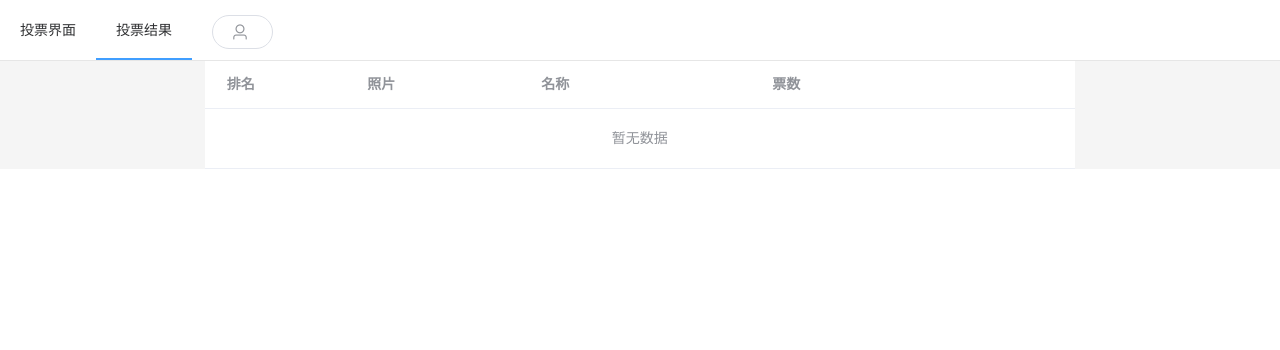
Repository: 280hhh/vote
Page: /#/result
The author's editor kept a copy of each file at every save. The page is drawn from the files as they stood at one save, then again after the next save.
The browser window is 1280 px wide. The pictures show the whole page.
The project was rebuilt for these pictures with package versions that can differ from the ones it lists, and the page was loaded fresh each time. Also part of the build but not shown: src/components/login.vue, src/components/home.vue, src/components/register.vue.

Above is the page before, as saved 2021-06-14 19:50:10.

### src/App.vue
<template>
      <div id="app">
        <!-- 路由占位符 -->
        <div id="nav" v-if="$route.meta.keepAlive">
        <el-menu :default-active="this.$route.path" router class="el-menu-demo" mode="horizontal">
          <el-menu-item v-for="(item,i) in nvaList" :key="i" :index="item.name">
            <template slot="title">
             <span> {{ item.navItem }}</span>
           </template>
          </el-menu-item>
          <el-menu-item>
            <el-dropdown>
              <el-button icon="el-icon-user" size="mini" round></el-button>
              <el-dropdown-menu slot="dropdown">
                <div v-if="loginUser.username!=''">
                  <el-dropdown-item>用户:{{loginUser.username}}</el-dropdown-item>
                  <el-dropdown-item @click.native="logOut">退出</el-dropdown-item>
                </div>
                <div v-else>
                      <router-link to='/login'>
                        <el-dropdown-item>去登陆</el-dropdown-item>
                      </router-link>
                </div>
              </el-dropdown-menu>
            </el-dropdown>
          </el-menu-item>
        </el-menu>
    </div>
    <router-view></router-view>
    </div>
</template>

<script>
export default {
  name:"app",
  data(){
    return{
        loginUser:{
        username:'',
        email:'',
        password:'',
        checkPassword:'',
        phoneNumber:''
      },
      nvaList:[
        {name:'/home',navItem:'投票界面'},
        {name:'/result',navItem:'投票结果'}
      ],
    }
  },
  methods:{
    //点击退出登录时
      logOut(){
        for(var item in this.loginUser){
            this.loginUser[item]='';
        }
        localStorage.loginUser=JSON.stringify(this.loginUser);
      }
  },
  mounted(){
        if(!window.localStorage) this.$message({showClose: true,message: '发生未知错误！',type: 'error'});
        //登录人信息初始化
        if(localStorage.loginUser!=null){
        this.loginUser=JSON.parse(localStorage.loginUser);
        //更新用户组和登陆人的票数和日期
        // this.oldMessage();
        for(var item in this.userGroup){
        }
            localStorage.loginUser=JSON.stringify(this.userGroup[item]);
            localStorage.userGroup=JSON.stringify(this.userGroup);
        }
  }
}

</script>

<style>
body{
  margin: 0;
  padding: 0;
}
</style>

### src/router/index.js
import Vue from 'vue'
import VueRouter from 'vue-router'
import Login from '../components/login.vue'
import '../assets/css/global.css'
import Home from '../components/home.vue'
import Register from '../components/register.vue'
import Result from '../components/result.vue'


Vue.use(VueRouter)

const routes = [
  {path:'/',redirect:'/login',meta:{keepAlive:false}},
  {path:'/login',component:Login,meta:{keepAlive:false}},
  {path:'/home',component:Home,meta:{keepAlive:true}},
  {path:'/register',component:Register,meta:{keepAlive:false}},
  {path:'/result',component:Result,meta:{keepAlive:true}}
]

const router = new VueRouter({
  routes
})

export default router

### src/plugins/element.js
import Vue from 'vue'
import { Button } from 'element-ui'
import {Form,FormItem} from 'element-ui'
import {Input} from 'element-ui'
import {Message} from 'element-ui'
import {Menu} from 'element-ui'
import {MenuItem} from 'element-ui'
import {Submenu} from 'element-ui'
import {Dropdown,DropdownItem,DropdownMenu} from 'element-ui'
import {Dialog} from 'element-ui'
import {Table} from 'element-ui'
import {Progress} from 'element-ui'
import {TableColumn} from 'element-ui'

Vue.use(Button)
Vue.use(Form)
Vue.use(FormItem)
Vue.use(Input)
Vue.prototype.$message=Message
Vue.use(Menu)
Vue.use(MenuItem)
Vue.use(Submenu)
Vue.use(Dropdown)
Vue.use(DropdownItem)
Vue.use(DropdownMenu)
Vue.use(Dialog)
Vue.use(Table)
Vue.use(Progress)
Vue.use(TableColumn)

### src/assets/css/global.css
html,
body,
#app{
  height: 100%;
  margin: 0;
  padding: 0;
}

### src/components/result.vue
<template>
  <div class="result_container">
    <div class="result_box">
      <el-table :data="contestants" stripe style="width:68%;margin:auto;">
            <el-table-column width="60" label="排名" align="right">
                <template scope="scope"><span>{{scope.$index + 1}}</span> </template>
            </el-table-column>
            <el-table-column min-width="2.1" label="照片" align="center">
                <template slot-scope="scope">
                <img :src="scope.row.src" class="head_pic"/>
                </template>
            </el-table-column>
            <el-table-column prop="name" label="名称" min-width="1" align="center"></el-table-column>
            <el-table-column prop="votes" min-width="3" align="center" label="票数">
            <template slot-scope="scope">
            <el-progress :show-text="false" :stroke-width="18" :percentage="(scope.row.votes)" :color="colors" v-if="!isNaN(scope.row.votes)">
                </el-progress>
            </template>
            </el-table-column >
            <el-table-column prop="votes"  min-width="1"></el-table-column>
        </el-table>
    </div>
  </div>
</template>

<script>
export default {
data(){
  return{
    contestants:[],
    colors: [
          {color: '#1989fa', percentage: 20},
          {color: '#e6a23c', percentage: 40},
          {color: '#5cb87a', percentage: 60},
          {color: '#f56c6c', percentage: 80},
          {color: '#6f7ad3', percentage: 100}
        ],
  }
},
methods:{
  //进行排名
    sortBy(props) {
    return function(a,b) {
        return   b[props] - a[props];
    }}
},
mounted(){
  let a=JSON.parse(localStorage.contestants);
        for(var item in a){
            this.contestants.push(a[item]);
        }
        this.contestants.sort(this.sortBy("votes"));
  }
}
</script>

<style Lang="less" scoped>
.result_container{
  background-color: #f5f5f5;
}
/* .result_box{
  background-color: white;
  width: 500px;
  height: 500px;
  left: 50%;
  position: relative;
} */
</style>

Loaded but not shown: public/index.html (common file); src/main.js (common file)

After the next save:
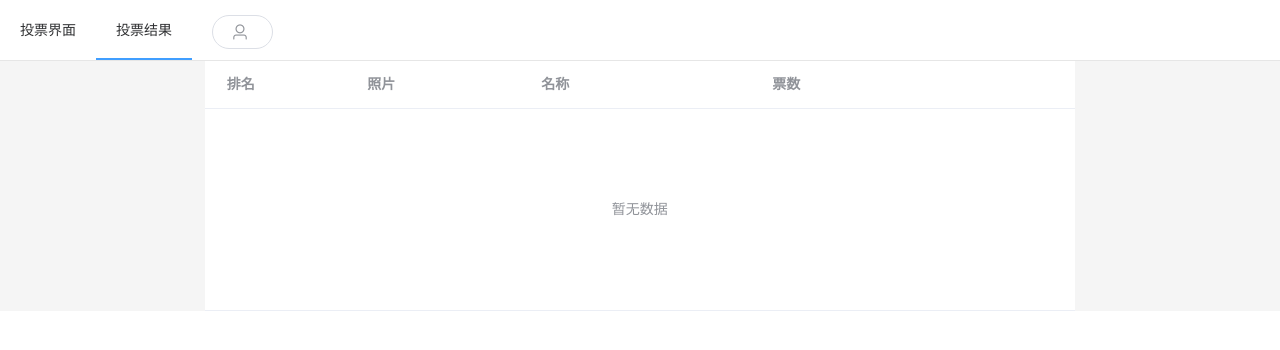
Saved 2 h 27 min later.
--- a/src/components/result.vue
+++ b/src/components/result.vue
@@ -1,7 +1,7 @@
 <template>
   <div class="result_container">
     <div class="result_box">
-      <el-table :data="contestants" stripe style="width:68%;margin:auto;">
+      <el-table :data="contestants" stripe style="width:68%;margin:auto;" height="250">
             <el-table-column width="60" label="排名" align="right">
                 <template scope="scope"><span>{{scope.$index + 1}}</span> </template>
             </el-table-column>

After the save that followed:
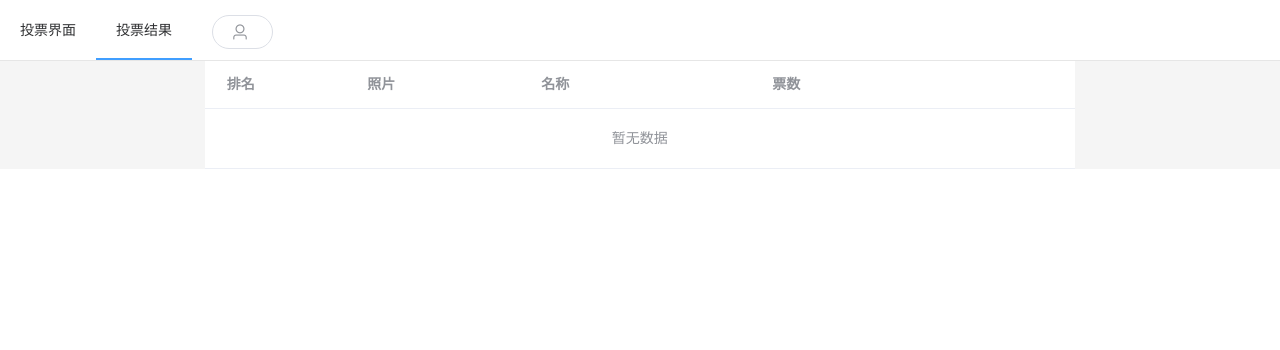
Saved 11 s later.
--- a/src/components/result.vue
+++ b/src/components/result.vue
@@ -1,7 +1,7 @@
 <template>
   <div class="result_container">
     <div class="result_box">
-      <el-table :data="contestants" stripe style="width:68%;margin:auto;" height="250">
+      <el-table :data="contestants" stripe style="width:68%;margin:auto;">
             <el-table-column width="60" label="排名" align="right">
                 <template scope="scope"><span>{{scope.$index + 1}}</span> </template>
             </el-table-column>
